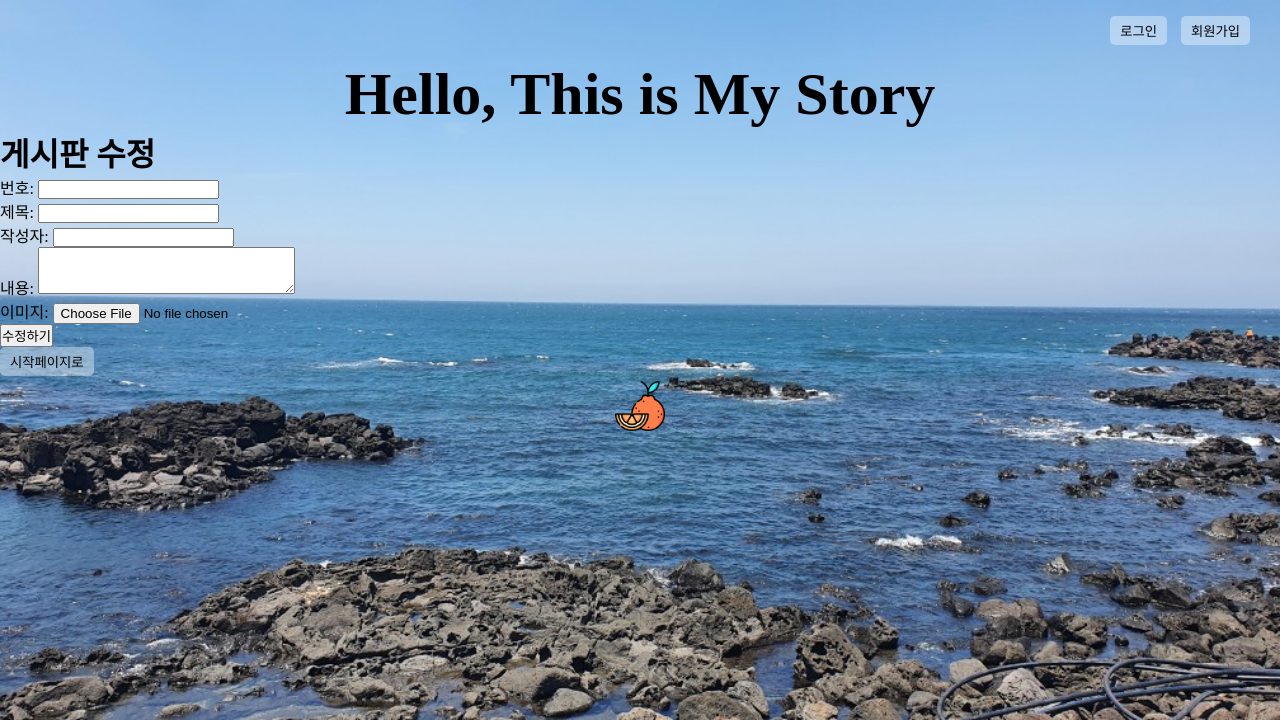
Repository: jeeniii/test2022_12_29
Page: http://localhost/portfolio/board/modify.jsp
These files come from the project's save history. The page is drawn as it stood at one moment and after the next save; the edit follows.
The browser window is 1280 px wide. The pictures show the whole page.
The page is served by Tomcat 9. The template is opened directly, without the code that normally fills it, so the values that code supplies are empty.

Above is the page before, as saved 2022-12-14 03:11:09.

After the next save:
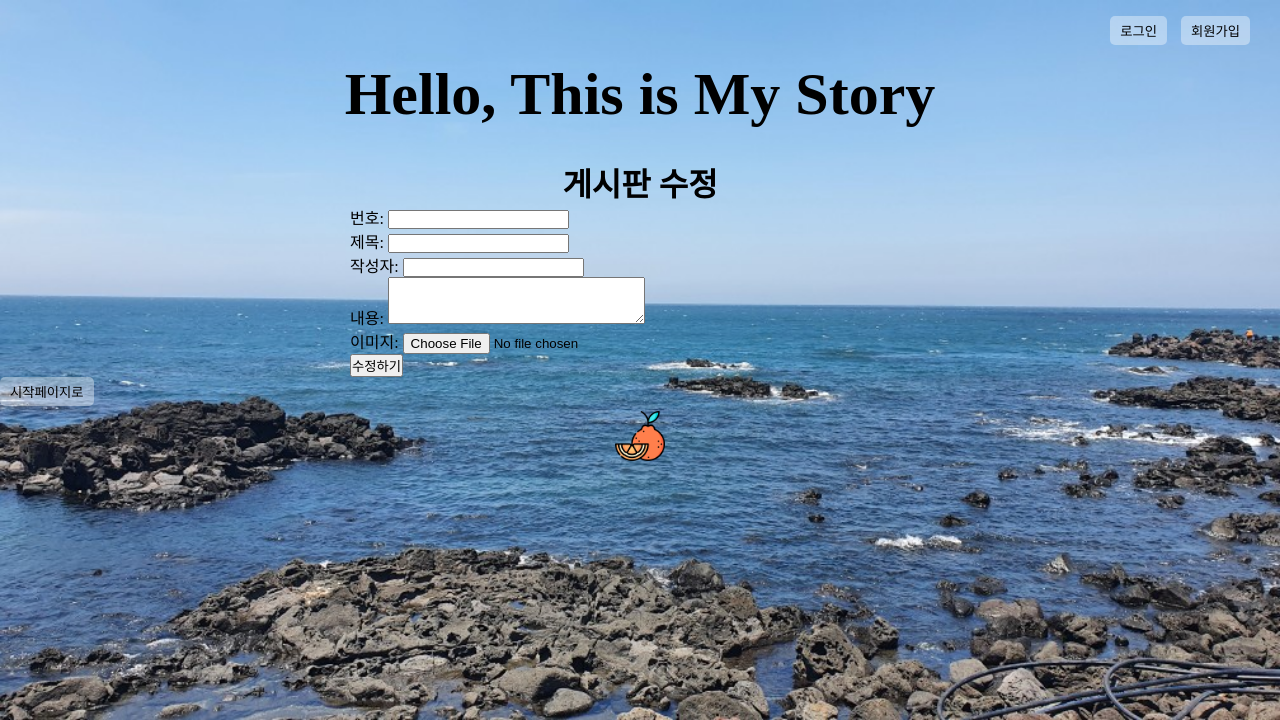
Saved 51 s later.
--- a/JSP_Portfolio/portfolio/src/main/webapp/resources/css/boardModify.css
+++ b/JSP_Portfolio/portfolio/src/main/webapp/resources/css/boardModify.css
@@ -1,4 +1,23 @@
 @charset "UTF-8";
+.container{
+	width:580px;
+	margin: 0 auto;
+	padding: 0px;
+	margin-top: 30px;
+}
+h1{
+	text-align: center;
+}
 .bm_put{
-
+	font-size:20px;
+	display: inline-flex;
+	width: 100%;
+	padding: 10px 20px;
 }
+.bm_put>input{
+	flex: 1 1 0%;
+	border: 0px;
+	padding: 5px 10px;
+	border-radius: 5px;
+	background-color: rgba(255, 255, 255, 0.503);
+}
